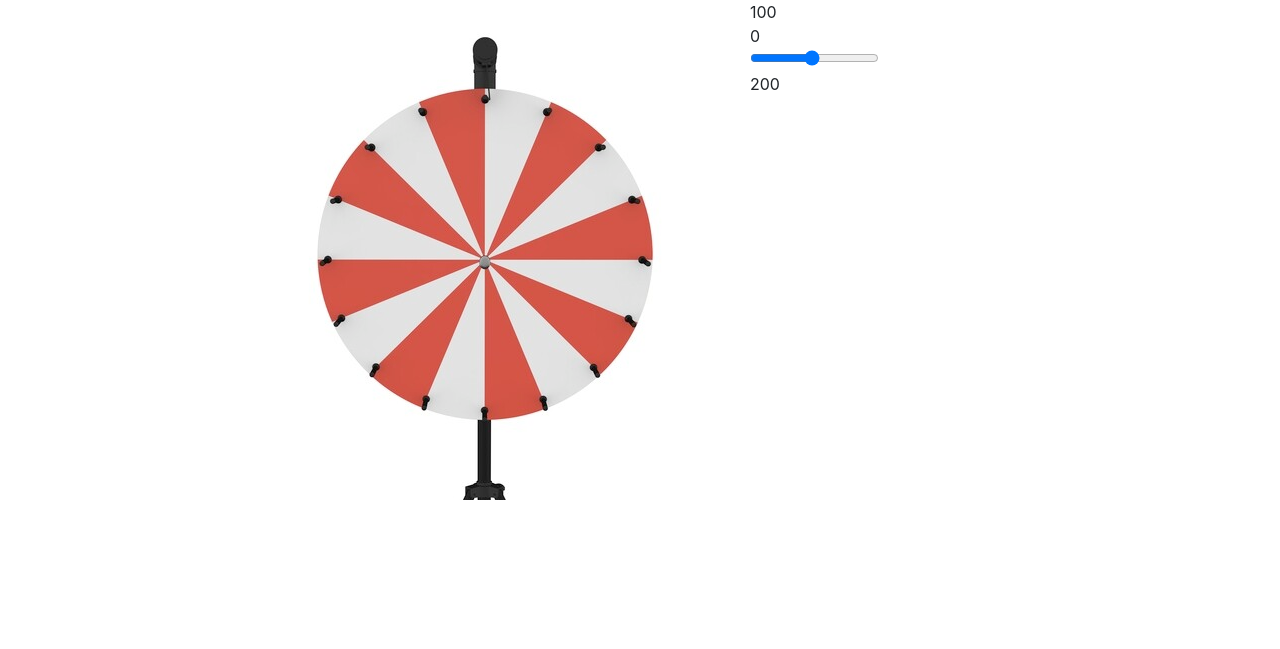
Repository: Awaisp-irfan/fahad-project
Page: text.html
The author's editor kept a copy of each file at every save. The page is drawn from the files as they stood at one save, then again after the next save.
The browser window is 1280 px wide. The pictures show the whole page.

Above is the page before, as saved 2022-06-30 10:58:51.

After the next save:
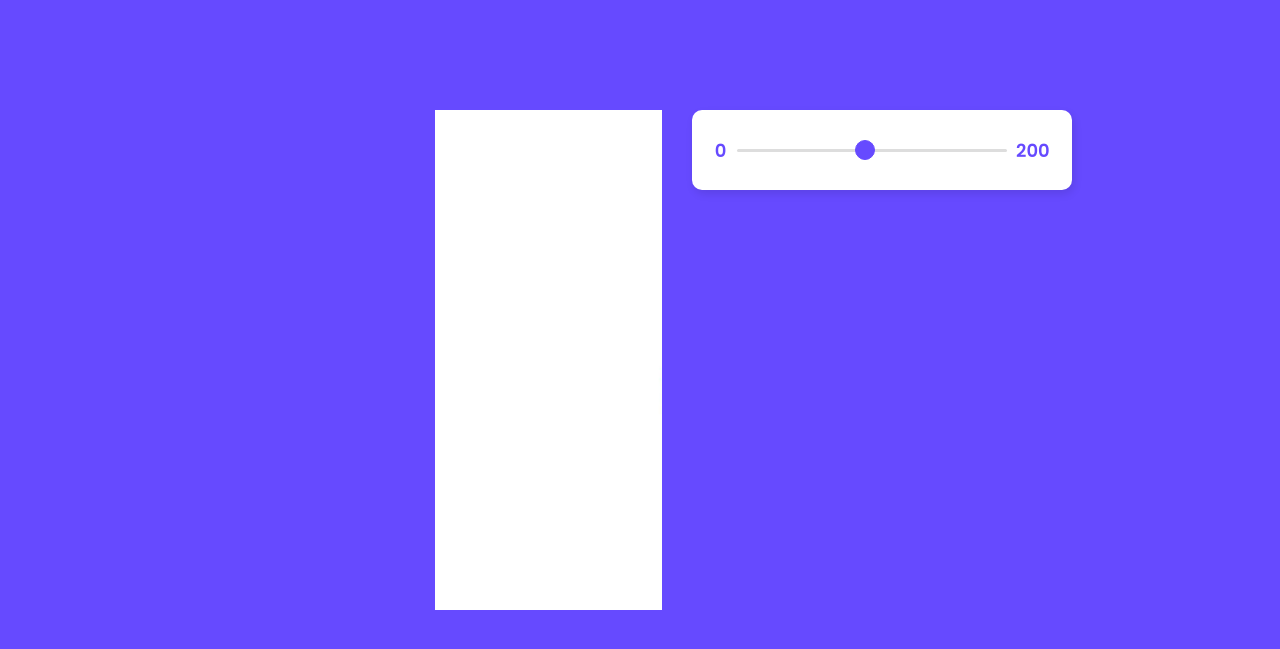
Saved 119 s later.
--- a/style.css
+++ b/style.css
@@ -1,3 +1,116 @@
+/* range slieder styling starts  */
+@import url('https://fonts.googleapis.com/css?family=Poppins:400,500,600,700&display=swap');
+*{
+  margin: 0;
+  padding: 0;
+  box-sizing: border-box;
+  font-family: 'Poppins', sans-serif;
+}
+html,body{
+  display: grid;
+  height: 100%;
+  text-align: center;
+  place-items: center;
+  background: #664AFF;
+}
+.range{
+  height: 80px;
+  width: 380px;
+  background: #fff;
+  border-radius: 10px;
+  padding: 0 65px 0 45px;
+  box-shadow: 2px 4px 8px rgba(0,0,0,0.1);
+}
+.sliderValue{
+  position: relative;
+  width: 100%;
+}
+.sliderValue span{
+  position: absolute;
+  height: 45px;
+  width: 45px;
+  transform: translateX(-70%) scale(0);
+  font-weight: 500;
+  top: -40px;
+  line-height: 55px;
+  z-index: 2;
+  color: #fff;
+  transform-origin: bottom;
+  transition: transform 0.3s ease-in-out;
+}
+.sliderValue span.show{
+  transform: translateX(-70%) scale(1);
+}
+.sliderValue span:after{
+  position: absolute;
+  content: '';
+  height: 100%;
+  width: 100%;
+  background: #664AFF;
+  border: 3px solid #fff;
+  z-index: -1;
+  left: 50%;
+  transform: translateX(-50%) rotate(45deg);
+  border-bottom-left-radius: 50%;
+  box-shadow: 0px 0px 8px rgba(0,0,0,0.1);
+  border-top-left-radius: 50%;
+  border-top-right-radius: 50%;
+}
+.field{
+  display: flex;
+  align-items: center;
+  justify-content: center;
+  height: 100%;
+  position: relative;
+}
+.field .value{
+  position: absolute;
+  font-size: 18px;
+  color: #664AFF;
+  font-weight: 600;
+}
+.field .value.left{
+  left: -22px;
+}
+.field .value.right{
+  right: -43px;
+}
+.range input{
+  -webkit-appearance: none;
+  width: 100%;
+  height: 3px;
+  background: #ddd;
+  border-radius: 5px;
+  outline: none;
+  border: none;
+  z-index: 2222;
+}
+.range input::-webkit-slider-thumb{
+  -webkit-appearance: none;
+  width: 20px;
+  height: 20px;
+  background: red;
+  border-radius: 50%;
+  background: #664AFF;
+  border: 1px solid #664AFF;
+  cursor: pointer;
+}
+.range input::-moz-range-thumb{
+  -webkit-appearance: none;
+  width: 20px;
+  height: 20px;
+  background: red;
+  border-radius: 50%;
+  background: #664AFF;
+  border: 1px solid #664AFF;
+  cursor: pointer;
+}
+.range input::-moz-range-progress{
+  background: #664AFF;
+}
+
+/* range slider styling ends */
+
 .pvc{
     background-image: url(./assests/2289977149.jpg);
     background-size: cover;

After the save that followed:
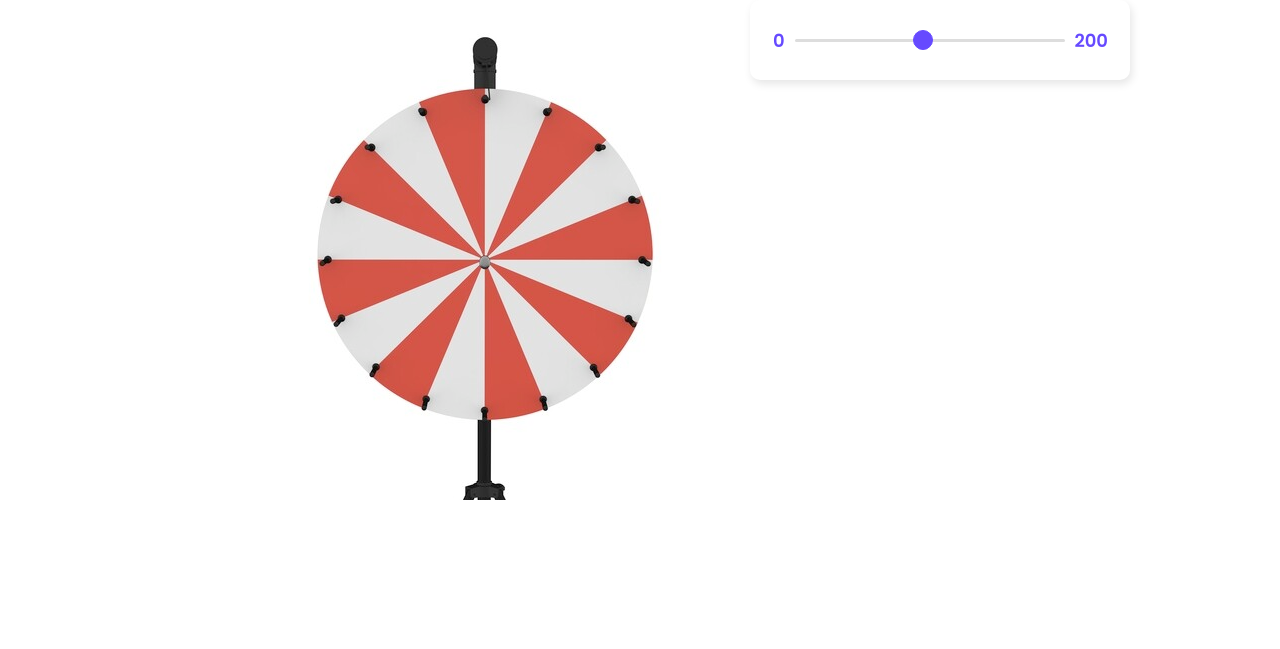
Saved 27 s later.
--- a/style.css
+++ b/style.css
@@ -6,13 +6,7 @@
   box-sizing: border-box;
   font-family: 'Poppins', sans-serif;
 }
-html,body{
-  display: grid;
-  height: 100%;
-  text-align: center;
-  place-items: center;
-  background: #664AFF;
-}
+
 .range{
   height: 80px;
   width: 380px;
